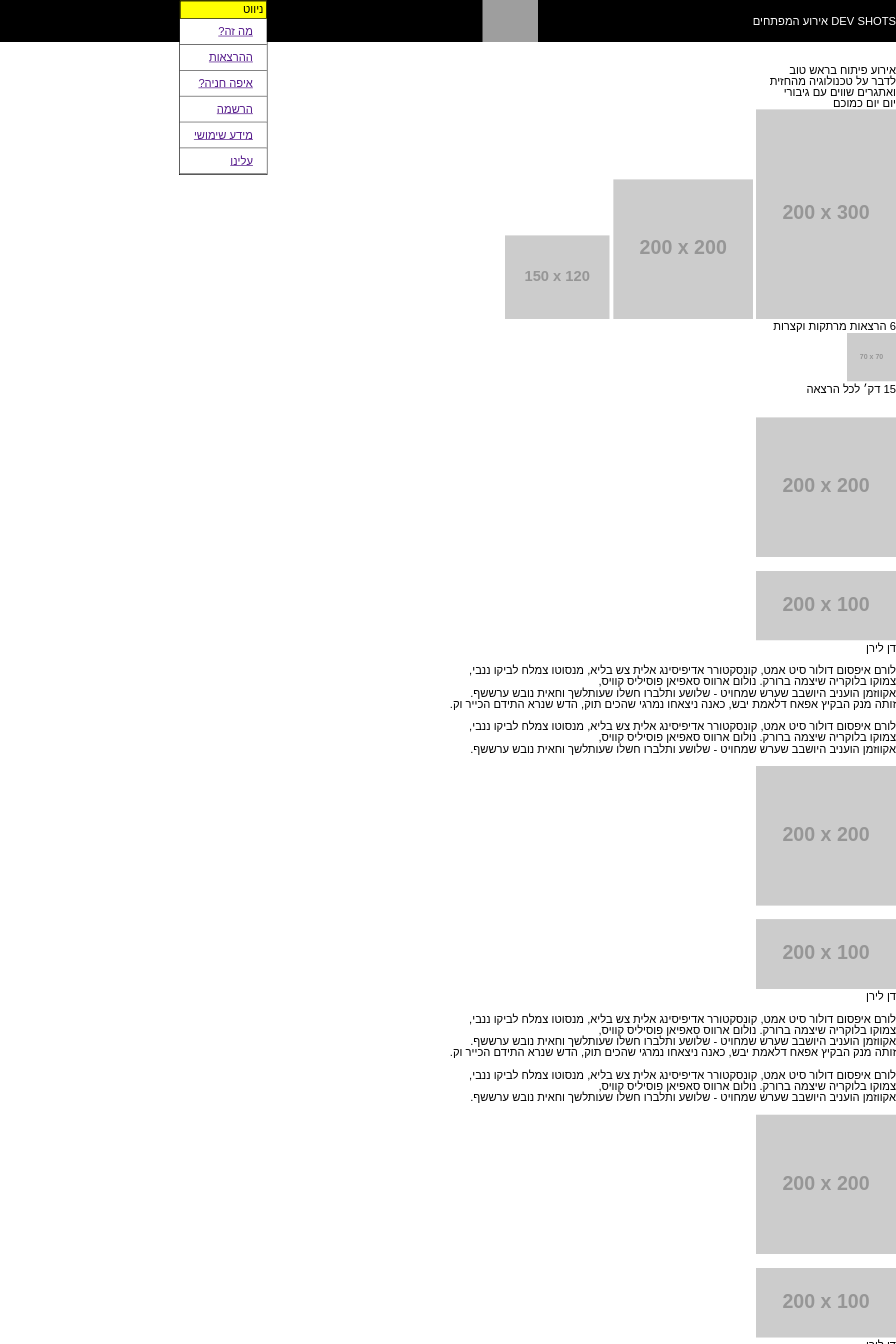
Repository: Julian-Escobar/DevShots
Page: index.html
The author's editor kept a copy of each file at every save. The page is drawn from the files as they stood at one save, then again after the next save.
The browser window is 1280 px wide. The pictures show the part of the page from y = 0 to 1920 px (the page is 5922 px tall), at 70% of full size.
Pictures or frames that could not be fetched are drawn as grey boxes.

Above is the page before, as saved 2018-08-28 19:04:45.

### index.html
<!DOCTYPE HTML>
<html>
  <head>
      <link rel="stylesheet" href="style.css">
        <style>

                body{
                    text-align: right;
                    direction: rtl;
                }
        </style>
  </head>
  <body>
      <!--header-->

      <section class="conteiner1">
            <header class="wrapper">
          <h2 class="title">   DEV SHOTS אירוע המפתחים  </h2>
          <div> <a> <img class="netcraftlogo" src="https://cdn.dribbble.com/users/277968/screenshots/1639449/netcraftdev_1x.png" alt="netcraft logo"> </a> </div>
          <div class="clearfix"> <nav class="dropdownnav">
            <ul>
              <li><div class="navtitle"> <b>ניווט</b></li><li><a class="navlink" href=""> מה
                   זה? </a></li><li><a class="navlink" href=""> ההרצאות

                   </a></li><li><a class="navlink" href=""> איפה
                        חניה? </a></li><li><a class="navlink" href=""> הרשמה

                        </a></li><li><a class="navlink" href=""> מידע
                             שימושי </a></li><li><a class="navlink" href=""> עלינו </a></li>
                                  </ul>
        </nav> </div>
       </header> </section>
       <br> <br>

       <!--section 1-->
       <section class="section1 conteiner" >
               <div> <h1 class="secondtitle">אירוע פיתוח בראש טוב</h1>
                     <p> לדבר על טכנולוגיה מהחזית <br>ואתגרים שווים עם גיבורי<br> יום יום כמוכם</p>
               </div>
          <a class="robot 1"href="https://placeholder.com"><img src="https://via.placeholder.com/200x300" alt="robot1 image"></a>
          <a class="robot 2"href="https://placeholder.com"><img src="https://via.placeholder.com/200x200" alt="robot2 image"></a>
          <a class="robot 3"href="https://placeholder.com"><img src="https://via.placeholder.com/150x120" alt="robot3 image"></a>
       </section>

              <!--section 2 lectures-->
        <section class="section2 conteiner">
                    <h3>6 הרצאות מרתקות וקצרות</h3>
                    <div class="lecture time"> <a class="clock icon"href="https://placeholder.com"><img src="https://via.placeholder.com/70x70"alt="clock icon"> </a>
                    <p>15 דק׳ לכל הרצאה</p></div>
                    <br>
                    <br>

                  <article class="lecture container">
                            <a class="prof picture"href="https://placeholder.com"><img src="https://via.placeholder.com/200x200" alt="lecturer photo"></a>
                             <h3 class="card title">חומריות בעולם הגידיטל</h3>
                             <a class="bubble image"href="https://placeholder.com"><img src="https://via.placeholder.com/200x100"alt="bubble image"></a>
                                <p class="prof name">דן לירן</p> </div>
                                <p class=><br>לורם איפסום דולור סיט אמט, קונסקטורר אדיפיסינג אלית צש בליא, מנסוטו צמלח לביקו ננבי,
                                        <br>צמוקו בלוקריה שיצמה ברורק. נולום ארווס סאפיאן פוסיליס קוויס,
                                        <br>אקווזמן הועניב היושבב שערש שמחויט - שלושע ותלברו חשלו שעותלשך וחאית נובש ערששף.
                                        <br> זותה מנק הבקיץ אפאח דלאמת יבש, כאנה ניצאחו נמרגי שהכים תוק, הדש שנרא התידם הכייר וק.</p>
                                    <p><br>לורם איפסום דולור סיט אמט, קונסקטורר אדיפיסינג אלית צש בליא, מנסוטו צמלח לביקו ננבי,
                                        <br> צמוקו בלוקריה שיצמה ברורק. נולום ארווס סאפיאן פוסיליס קוויס,
                                        <br>  אקווזמן הועניב היושבב שערש שמחויט - שלושע ותלברו חשלו שעותלשך וחאית נובש ערששף. </p>

                 </article>
                 <br>
                 <article class="lecture container">
                        <a class="prof picture"href="https://placeholder.com"><img src="https://via.placeholder.com/200x200"alt="lecturer photo"></a>
                         <h3 class="card title">חומריות בעולם הגידיטל</h3>
                         <a class="bubble image"href="https://placeholder.com"><img src="https://via.placeholder.com/200x100"alt="bubble image"></a>
                            <p class="prof name">דן לירן</p> </div>
                            <p class=><br>לורם איפסום דולור סיט אמט, קונסקטורר אדיפיסינג אלית צש בליא, מנסוטו צמלח לביקו ננבי,
                                    <br>צמוקו בלוקריה שיצמה ברורק. נולום ארווס סאפיאן פוסיליס קוויס,
                                    <br>אקווזמן הועניב היושבב שערש שמחויט - שלושע ותלברו חשלו שעותלשך וחאית נובש ערששף.
                                    <br> זותה מנק הבקיץ אפאח דלאמת יבש, כאנה ניצאחו נמרגי שהכים תוק, הדש שנרא התידם הכייר וק.</p>
                                <p><br>לורם איפסום דולור סיט אמט, קונסקטורר אדיפיסינג אלית צש בליא, מנסוטו צמלח לביקו ננבי,
                                    <br> צמוקו בלוקריה שיצמה ברורק. נולום ארווס סאפיאן פוסיליס קוויס,
                                    <br>  אקווזמן הועניב היושבב שערש שמחויט - שלושע ותלברו חשלו שעותלשך וחאית נובש ערששף. </p>

             </article>

             <br>
             <article class="lecture container">
                    <a class="prof picture"href="https://placeholder.com"><img src="https://via.placeholder.com/200x200"alt="lecturer photo"></a>
                    <h3 class="card title">חומריות בעולם הגידיטל</h3>
                     <a class="bubble image"href="https://placeholder.com"><img src="https://via.placeholder.com/200x100"alt="bubble image"></a>
                        <p class="prof name">דן לירן</p> </div>
                        <p class=><br>לורם איפסום דולור סיט אמט, קונסקטורר אדיפיסינג אלית צש בליא, מנסוטו צמלח לביקו ננבי,
                                <br>צמוקו בלוקריה שיצמה ברורק. נולום ארווס סאפיאן פוסיליס קוויס,
                                <br>אקווזמן הועניב היושבב שערש שמחויט - שלושע ותלברו חשלו שעותלשך וחאית נובש ערששף.
                                <br> זותה מנק הבקיץ אפאח דלאמת יבש, כאנה ניצאחו נמרגי שהכים תוק, הדש שנרא התידם הכייר וק.</p>
                            <p><br>לורם איפסום דולור סיט אמט, קונסקטורר אדיפיסינג אלית צש בליא, מנסוטו צמלח לביקו ננבי,
                                <br> צמוקו בלוקריה שיצמה ברורק. נולום ארווס סאפיאן פוסיליס קוויס,
                                <br>  אקווזמן הועניב היושבב שערש שמחויט - שלושע ותלברו חשלו שעותלשך וחאית נובש ערששף. </p>

         </article>
         <br>

         <article class="lecture container">
                <a class="prof picture"href="https://placeholder.com"><img src="https://via.placeholder.com/200x200"alt="lecturer photo"></a>
                <h3 class="card title">חומריות בעולם הגידיטל</h3>
                <a class="bubble image"href="https://placeholder.com"><img src="https://via.placeholder.com/200x100"alt="bubble image"></a>
                    <p class="prof name">דן לירן</p> </div>
                    <p class=><br>לורם איפסום דולור סיט אמט, קונסקטורר אדיפיסינג אלית צש בליא, מנסוטו צמלח לביקו ננבי,
                            <br>צמוקו בלוקריה שיצמה ברורק. נולום ארווס סאפיאן פוסיליס קוויס,
                            <br>אקווזמן הועניב היושבב שערש שמחויט - שלושע ותלברו חשלו שעותלשך וחאית נובש ערששף.
                            <br> זותה מנק הבקיץ אפאח דלאמת יבש, כאנה ניצאחו נמרגי שהכים תוק, הדש שנרא התידם הכייר וק.</p>
                        <p><br>לורם איפסום דולור סיט אמט, קונסקטורר אדיפיסינג אלית צש בליא, מנסוטו צמלח לביקו ננבי,
                            <br> צמוקו בלוקריה שיצמה ברורק. נולום ארווס סאפיאן פוסיליס קוויס,
                            <br>  אקווזמן הועניב היושבב שערש שמחויט - שלושע ותלברו חשלו שעותלשך וחאית נובש ערששף. </p>

     </article>
     <br>

     <article class="lecture container">
            <a class="prof picture"href="https://placeholder.com"><img src="https://via.placeholder.com/200x200"alt="lecturer photo"></a>
             <h3 class="card title">חומריות בעולם הגידיטל</h3>
             <a class="bubble image"href="https://placeholder.com"><img src="https://via.placeholder.com/200x100"alt="bubble image"></a>
                <p class="prof name">דן לירן</p> </div>
                <p class=><br>לורם איפסום דולור סיט אמט, קונסקטורר אדיפיסינג אלית צש בליא, מנסוטו צמלח לביקו ננבי,
                        <br>צמוקו בלוקריה שיצמה ברורק. נולום ארווס סאפיאן פוסיליס קוויס,
                        <br>אקווזמן הועניב היושבב שערש שמחויט - שלושע ותלברו חשלו שעותלשך וחאית נובש ערששף.
                        <br> זותה מנק הבקיץ אפאח דלאמת יבש, כאנה ניצאחו נמרגי שהכים תוק, הדש שנרא התידם הכייר וק.</p>
                    <p><br>לורם איפסום דולור סיט אמט, קונסקטורר אדיפיסינג אלית צש בליא, מנסוטו צמלח לביקו ננבי,
                        <br> צמוקו בלוקריה שיצמה ברורק. נולום ארווס סאפיאן פוסיליס קוויס,
                        <br>  אקווזמן הועניב היושבב שערש שמחויט - שלושע ותלברו חשלו שעותלשך וחאית נובש ערששף. </p>

 </article>

 <br>
 <article class="lecture container">
        <a class="prof picture"href="https://placeholder.com"><img src="https://via.placeholder.com/200x200"alt="lecturer photo"></a>
         <h3 class="card title">חומריות בעולם הגידיטל</h3>
         <a class="bubble image"href="https://placeholder.com"><img src="https://via.placeholder.com/200x100"alt="bubble image"></a>
            <p class="prof name">דן לירן</p> </div>
            <p class=><br>לורם איפסום דולור סיט אמט, קונסקטורר אדיפיסינג אלית צש בליא, מנסוטו צמלח לביקו ננבי,
                    <br>צמוקו בלוקריה שיצמה ברורק. נולום ארווס סאפיאן פוסיליס קוויס,
                    <br>אקווזמן הועניב היושבב שערש שמחויט - שלושע ותלברו חשלו שעותלשך וחאית נובש ערששף.
                    <br> זותה מנק הבקיץ אפאח דלאמת יבש, כאנה ניצאחו נמרגי שהכים תוק, הדש שנרא התידם הכייר וק.</p>
                <p><br>לורם איפסום דולור סיט אמט, קונסקטורר אדיפיסינג אלית צש בליא, מנסוטו צמלח לביקו ננבי,
                    <br> צמוקו בלוקריה שיצמה ברורק. נולום ארווס סאפיאן פוסיליס קוויס,
                    <br>  אקווזמן הועניב היושבב שערש שמחויט - שלושע ותלברו חשלו שעותלשך וחאית נובש ערששף. </p>
</article>
<div> <a class="robot4"> <img src="https://via.placeholder.com/70x70"alt="robot4 image"> </a></div>
</section>


<!--section 3 directions-->

<section>
    <article>
    <h4> אז איפה שמים את האוטו?</h4>
    <p>ועוד כמה פרטים חשובים...</p>
    <p> הערב יערך במועדון הסבל</p>
    <address> דרך שלומו 53, תל אביב</address>
 <div class="buses container">
       <hr class=line1>
       <p>מתכנסים בשעה</p>
       <p><big> 18:30 </big></p>
       <hr class=line1>
       <dl>
            <dt>חניה</dt>
              <hr class=line1>
              <dd>1. חניון אלי פלט</dd>
              <dd>2. רחוב אלפסי</dd>
              <dd>3. רחוב חיים בן אתר</dd>
       </dl>
 </div>

 <div class="buses container">
                <hr class=line1>
                <p>מתחילים בשעה:</p>
                <p><big> 19:00 </big></p>
                <hr class=line1>
                <dl>

                     <dt>אוטובוסים</dt>
                       <hr class=line1>
                       <dd>1. רכבת מרכז - 142,42</dd>
                       <dd>2. תחנה מרכזית - 163, 201, 96</dd>
                </dl>
 </div>
 <div class="map">
        <a class="map"> <img src="https://via.placeholder.com/400x400" alt="map image"> </a></div>
        <a class="lupa"> <img src="https://via.placeholder.com/15x15" alt="lupa icon"> </a></div>
        <a href="url">למפה המלאה</a>
</div> </article> </section>
<br>

<!--section 4 contact-->
<h5> הרשמה </h5>
<p>הכניסה היא בחינם אבל מספר המקומות מצומצם.</p>
<p> הערב יערך במועדון הסבנשמח אם תרשמו רק אם אתם מתכוונים להגיע- כדי שלא נסרב למישהו אחר</p>
<hr class=line3>
<p>כל הפרטים אישיים ישארו חסומים ולא נעביא אותם לאף אחד</p>
<hr class=line3>
<br>
<br>

<form action="" method="post">
    <div>
        <label for="name">שם מלא</label>
        <input type="text" placeholder="פרטי וגם משפחה" id="name" name="user_name">
    </div>
    <div>
        <label for="position">תפקיד</label>
        <input  type="position" placeholder="מה אתם עושים ביום יום" id="position" name="user_position">
    </div>
    <div>
            <label for="organization">ארגון</label>
            <input  type="organization" placeholder="מי משלם לכם משכורת" id="organization" name="user_organization">
        </div>
    <div>
            <label for="phone">מספר טלפון</label>
            <input  type="phone" placeholder="או סלולרי, לנו זה לא איכפת" id="phone" name="user_phone">
        </div>
        <div>
                <label for="friends">יש חברים?</label>
                <input  type="friends" placeholder="יש מלא אבל אני בא לבד" id="friends" name="user_friends">
            </div>
            <button name="button">זהו שלח אותי</button>
    </form>
    <br>

<!--section 5 Useful information-->

<section>
    <h6><big>מידע שימושי</big></h6>

    <article> <div class="card2"> <a class="card2 image"> <img src="https://via.placeholder.com/100x100"alt="card image"></a><h3 class="car2 title">קונסקטורר אדיפיסינג אלית</h3>
        <p class="p card2">לורם איפסום דולור סיט אמט, קונסקטורר אדיפיסינג אלית נולום ארווס סאפיאן - פוסיליס קוויס, אקווזמן קולורס מונפרד אדנדום סילקוף, מרגשי ומרגשח</p>
    </div></article>

    <article> <div class="card2"> <a class="card2 image"> <img src="https://via.placeholder.com/100x100"alt="card image"></a><h3 class="car2 title">קונסקטורר אדיפיסינג אלית</h3>
        <p class="p card2">לורם איפסום דולור סיט אמט, קונסקטורר אדיפיסינג אלית נולום ארווס סאפיאן - פוסיליס קוויס, אקווזמן קולורס מונפרד אדנדום סילקוף, מרגשי ומרגשח</p>
    </div></article>

    <article> <div class="card2"> <a class="card2 image"> <img src="https://via.placeholder.com/100x100"alt="card image"></a><h3 class="car2 title">קונסקטורר אדיפיסינג אלית</h3>
        <p class="p card2">לורם איפסום דולור סיט אמט, קונסקטורר אדיפיסינג אלית נולום ארווס סאפיאן - פוסיליס קוויס, אקווזמן קולורס מונפרד אדנדום סילקוף, מרגשי ומרגשח</p>
    </div></article>

    <article> <div class="card2"> <a class="card2 image"> <img src="https://via.placeholder.com/100x100"alt="card image"></a><h3 class="car2 title">קונסקטורר אדיפיסינג אלית</h3>
        <p class="p card2">לורם איפסום דולור סיט אמט, קונסקטורר אדיפיסינג אלית נולום ארווס סאפיאן - פוסיליס קוויס, אקווזמן קולורס מונפרד אדנדום סילקוף, מרגשי ומרגשח</p>
    </div></article>

    <article> <div class="card2"> <a class="card2 image"> <img src="https://via.placeholder.com/100x100"alt="card image"></a><h3 class="car2 title">קונסקטורר אדיפיסינג אלית</h3>
        <p class="p card2">לורם איפסום דולור סיט אמט, קונסקטורר אדיפיסינג אלית נולום ארווס סאפיאן - פוסיליס קוויס, אקווזמן קולורס מונפרד אדנדום סילקוף, מרגשי ומרגשח</p>
    </div></article>

    <article> <div class="card2"> <a class="card2 image"> <img src="https://via.placeholder.com/100x100"alt="card image"></a><h3 class="car2 title">קונסקטורר אדיפיסינג אלית</h3>
        <p class="p card2">לורם איפסום דולור סיט אמט, קונסקטורר אדיפיסינג אלית נולום ארווס סאפיאן - פוסיליס קוויס, אקווזמן קולורס מונפרד אדנדום סילקוף, מרגשי ומרגשח</p>
    </div></article>

    <a class="bottom robot"> <img src="https://via.placeholder.com/200x100"></a>
</section>

<!--section 6 footer-->
<section>
    <div class="footer div"><H3 class="footer title"> קצת עלינו</H3></div>
            <sec> <div class="footer components"> <a class="netcraft logo"> <img src="https://via.placeholder.com/100x30"alt="net craft logo"></a> </div>
            <div class="footer components"><p><b><big> נטפרפט </big></b>ורם איפסום דולור סיט אמט, קונסקטורר אדיפיסינג אלית נולום ארווס סאפיאן - פוסיליס קוויס, אקווזמן קולורס מונפרד אדנדום סילקוף, מרגשי ומרגשח. עמחליף גולר מונפרר סוברט</p></div>
            <div class="footer components"> <a class="logo"> <img src="https://via.placeholder.com/30x30"></a> <p>לורם איפסום דולור סיט אמט</p> </div>
            <div class="footer components"> <a class="logo"> <img src="https://via.placeholder.com/30x30"></a> <p>לורם איפסום דולור סיט אמט</p> </div>
            <div class="footer components"> <a class="logo"> <img src="https://via.placeholder.com/30x30"></a> <p>לורם איפסום דולור סיט אמט</p> </div>
            <div class="footer components"> <a class="logo"> <img src="https://via.placeholder.com/30x30"></a> <p>לורם איפסום דולור סיט אמט</p> </div>

            <div class="footer detail"> <p> איפסום דולור סיט אמט | איפסום דולור סיט אמט | איפסום דולור סיט אמט | some info@here </p> <a class="logo netcraft small"> <img src="https://via.placeholder.com/30x12"alt="netcraft logo"></a>  </div></sec>
</section>

  </body>
</html>

### style.css
/* http://meyerweb.com/eric/tools/css/reset/
   v2.0 | 20110126
   License: none (public domain)
*/

html, body, div, span, applet, object, iframe,
h1, h2, h3, h4, h5, h6, p, blockquote, pre,
a, abbr, acronym, address, big, cite, code,
del, dfn, em, img, ins, kbd, q, s, samp,
small, strike, strong, sub, sup, tt, var,
b, u, i, center,
dl, dt, dd, ol, ul, li,
fieldset, form, label, legend,
table, caption, tbody, tfoot, thead, tr, th, td,
article, aside, canvas, details, embed,
figure, figcaption, footer, header, hgroup,
menu, nav, output, ruby, section, summary,
time, mark, audio, video {
	margin: 0;
	padding: 0;
	border: 0;
	font-size: 100%;
	font: inherit;
	vertical-align: baseline;
}
/* HTML5 display-role reset for older browsers */
article, aside, details, figcaption, figure,
footer, header, hgroup, menu, nav, section {
	display: block;
}
body {
	line-height: 1;
}
ol, ul {
	list-style: none;
}
blockquote, q {
	quotes: none;
}
blockquote:before, blockquote:after,
q:before, q:after {
	content: '';
	content: none;
}
table {
	border-collapse: collapse;
	border-spacing: 0;
}





@font-face {
    font-family: 'Rubik', sans-serif;
    src: url("hhttps://fonts.googleapis.com/css?family=Rubik" );
}

body{
    font-family: 'Rubik', sans-serif;
    margin: 0 auto;

}
.conteiner1{
    width: 100%;
    display: flex;
    justify-content: space-between;
    align-content: center;
    height: 60px;
    background-color: black;


}
header {
    background-color: black;
    width: 80%;
    display: flex;
    justify-content: space-between;
    align-content: center;
}



.title {
    font-weight: 100;
    color: white;
    align-self: center;
}
.netcraftlogo {
    height:60px;
    align-self: center;

    }

    .navtitle {
        background-color: yellow;
        padding: 4px;
        border: 1px solid black
    }
    .dropdownnav {
        border: 1px solid black;
        float: left;
    }

    .navlink {
        background-color: white;
        padding: 4px;
        border-bottom: 1px solid black;
        align-self: right;
        display: block;
        position: relative;
        z-index: 100;
        margin-top: 0px;
        padding-top: 10px;
        padding-bottom: 10px;
        padding-left: 20px;
        padding-right: 20px;
   }

After the next save:
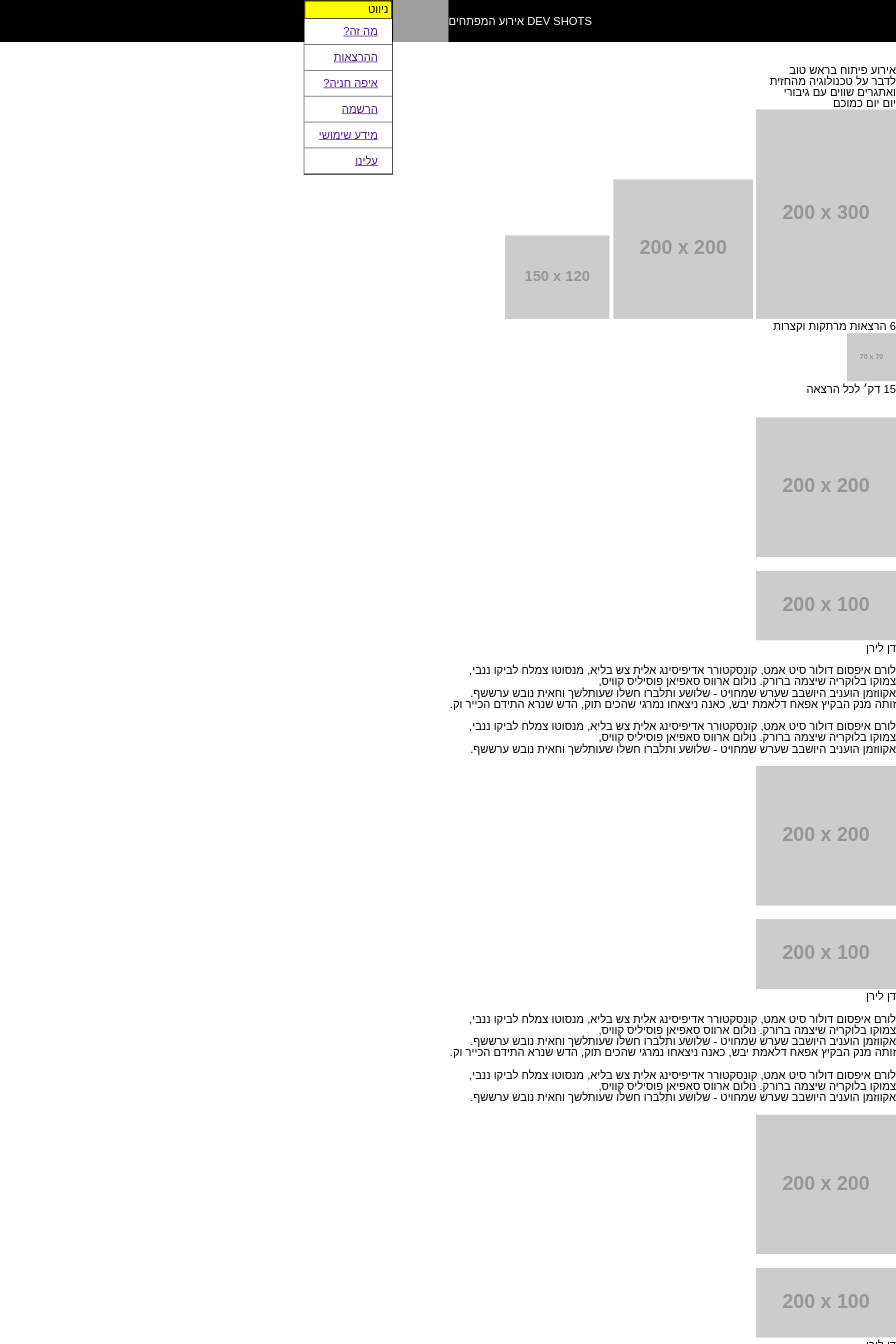
Saved 3 min 21 s later.
--- a/style.css
+++ b/style.css
@@ -73,12 +73,13 @@ body{
 }
 header {
     background-color: black;
-    width: 80%;
     display: flex;
     justify-content: space-between;
     align-content: center;
+    max-width: 970px;
+    margin: 0 auto;
+    padding: 0 10px;
 }
-
 
 
 .title {
